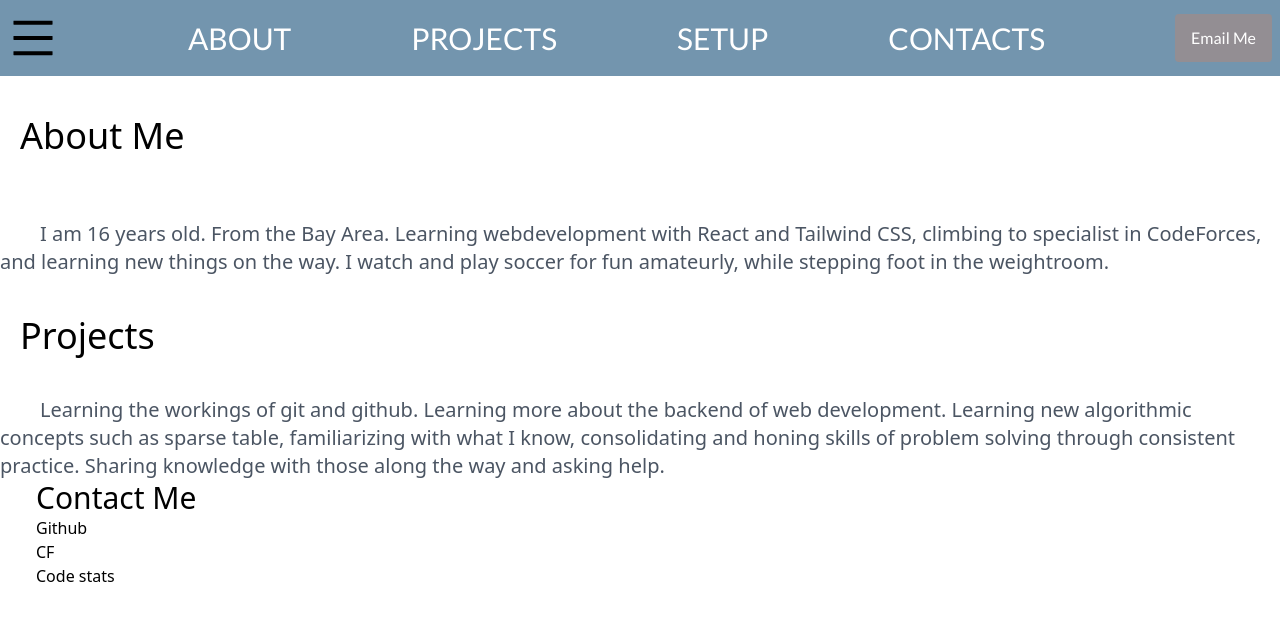
Repository: joshuayanggithub/joshua-yang-website
Page: /
An editor plug-in stored every save of this project. The page is shown before and after the next save, followed by the edit.
The browser window is 1280 px wide. The pictures show the whole page.
The project was rebuilt for these pictures with package versions that can differ from the ones it lists, and the page was loaded fresh each time.

Above is the page before, as saved 2023-01-07 17:40:20.

### public/index.html
<!DOCTYPE html>
<html lang="en">
  <head>
    <meta charset="utf-8" />
    <link rel="icon" href="%PUBLIC_URL%/favicon.ico" />
    <meta name="viewport" content="width=device-width, initial-scale=1" />
    <meta name="theme-color" content="#000000" />
    <meta
      name="description"
      content="Web site created using create-react-app"
    />
    <link rel="apple-touch-icon" href="%PUBLIC_URL%/logo192.png" />
    <!--
      manifest.json provides metadata used when your web app is installed on a
      user's mobile device or desktop. See https://developers.google.com/web/fundamentals/web-app-manifest/
    -->
    <link rel="manifest" href="%PUBLIC_URL%/manifest.json" />
    <!--
      Notice the use of %PUBLIC_URL% in the tags above.
      It will be replaced with the URL of the `public` folder during the build.
      Only files inside the `public` folder can be referenced from the HTML.

      Unlike "/favicon.ico" or "favicon.ico", "%PUBLIC_URL%/favicon.ico" will
      work correctly both with client-side routing and a non-root public URL.
      Learn how to configure a non-root public URL by running `npm run build`.
    -->
    <title>Joshua Yang</title>
  </head>
  <body>
    <noscript>You need to enable JavaScript to run this app.</noscript>
    <div id="root"></div>
    <!--
      This HTML file is a template.
      If you open it directly in the browser, you will see an empty page.

      You can add webfonts, meta tags, or analytics to this file.
      The build step will place the bundled scripts into the <body> tag.

      To begin the development, run `npm start` or `yarn start`.
      To create a production bundle, use `npm run build` or `yarn build`.
    -->
  </body>
</html>

### src/index.css
@import url('https://fonts.googleapis.com/css2?family=Lato:ital,wght@0,100;0,300;0,400;0,700;0,900;1,100;1,400;1,700;1,900&display=swap');

@import url('https://fonts.googleapis.com/css2?family=Prata&display=swap');

@tailwind base;
@tailwind components;
@tailwind utilities;

### src/App.js
import NavBar from "./components/NavBar";
import About from "./components/About";
import Contacts from "./components/Contacts";
import Setup from "./components/Setup";
import Projects from "./components/Projects";

function App() {
  return (
    <>
      <NavBar />
      <About />
      <Projects />
      <Setup />
      <Contacts />
    </>
  );
}

export default App;

### src/components/NavBar.jsx
import React from "react";
import {AiOutlineMenu} from 'react-icons/ai'
import Button from './Button'

const NavBar = () => {
  const links = [
    {'id': 1, 'name': 'About'},
    {'id': 2, 'name': 'Projects'},
    {'id': 3, 'name': 'Setup'},
    {'id': 4, 'name': 'Contacts'}
  ]

  return (
    <div class="flex bg-sasskyblue w-full p-2 justify-between items-center">
      <div>
        <AiOutlineMenu size={50}></AiOutlineMenu>
      </div>

      <ul class="md:flex gap-20 p-3">
        {
          links.map((link) =>
            <li key={link.id}>
              <a href='#About' class="text-3xl text-white px-5 hover:bg-sasnavyblue duration-300 uppercase font-button">{link.name}</a>
            </li>
          )
        }
      </ul>

      <Button> Email Me </Button>

    </div>
  );
};

export default NavBar;

### src/components/About.jsx
import React from 'react'

const About = () => {
  return (
    <div class="flex flex-col">
      <h1 class="text-black text-4xl float-left px-5 my-10">About Me</h1>
      <br></br>
      <p class="indent-10 text-gray-600 text-xl">I am 16 years old. From the Bay Area. Learning webdevelopment with React and Tailwind CSS, climbing to specialist in CodeForces, and learning new things on the way. I watch and play soccer for fun amateurly, while stepping foot in the weightroom. </p>
    </div>
  );
}

export default About

### src/components/Contacts.jsx
import React from 'react'

const Contacts = () => {
  return (
    <div class="flex flex-col mx-5 px-4">
      <h1 class="text-3xl">Contact Me</h1>
      <a href="https://github.com/joshuayanggithub">Github</a>
      <a href="https://codeforces.com/profile/JoshuaYang">CF</a>
      <a href="https://wakatime.com/@joshuayang">Code stats</a>
    </div>
  );
}

export default Contacts

### src/components/Setup.jsx
import React from 'react'

const Setup = () => {
  return (
    <div>

    </div>
  );
}

export default Setup

### src/components/Projects.jsx
import React from 'react'

const Projects = () => {
  return (
    <div class="flex flex-col">
      <h1 class="text-black text-4xl float-left px-5 my-10">Projects</h1>
      <p class="indent-10 text-gray-600 text-xl">
        Learning the workings of git and github. Learning more about the backend of web development. Learning new algorithmic concepts such as sparse table, familiarizing with what I know,  consolidating and honing skills of problem solving through consistent practice. Sharing knowledge with those along the way and asking help.
      </p>
    </div>
  );
}

export default Projects

### src/components/Button.jsx
import React from "react";

const Button = (props) => {
  return (
    <button class="bg-sasgrey text-white font-button py-3  px-4 rounded">
      {props.children}
    </button>
  );
}

export default Button

### tailwind.config.js
/** @type {import('tailwindcss').Config} */
module.exports = {
  content: [
    "./src/components/*.{html,js,jsx}",
    "./src/**/*.{html,js,jsx}",
  ],
  theme: {
    screens: {
      'sm': '640px',
      // => @media (min-width: 640px) { ... }

      'md': '768px',
      // => @media (min-width: 768px) { ... }

      'lg': '1024px',
      // => @media (min-width: 1024px) { ... }

      'xl': '1280px',
      // => @media (min-width: 1280px) { ... }

      '2xl': '1536px',
      // => @media (min-width: 1536px) { ... }
    },
    extend: {
      colors: {
        'sasblack':'#5D5C61',
        'sasgrey': '#938e93',
        'sasskyblue': '#7395AE',
        'sasnavyblue': '#557A95',
        'sasgold':'#B1A296',
      }
    },
    fontFamily: {
      button: ['Lato',],
      body: ['Prata',],
    },
  },
  plugins: [],
}

Loaded but not shown: src/index.js (common file)

After the next save:
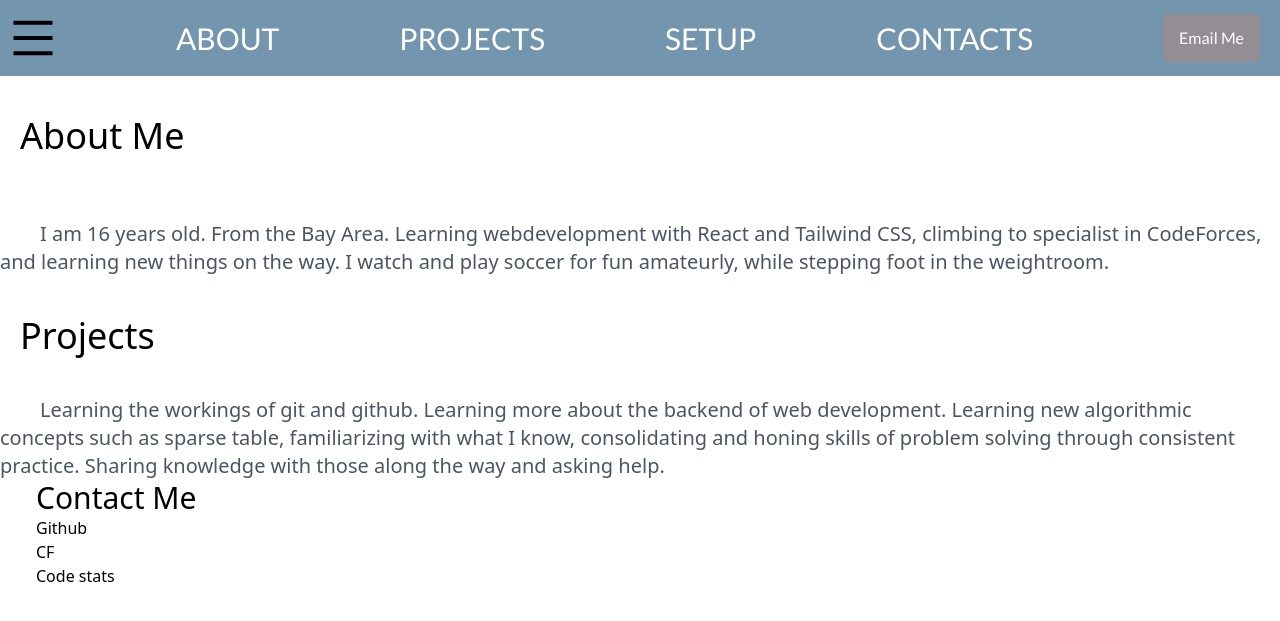
Saved 7 s later.
--- a/src/components/Button.jsx
+++ b/src/components/Button.jsx
@@ -2,7 +2,7 @@ import React from "react";
 
 const Button = (props) => {
   return (
-    <button class="bg-sasgrey text-white font-button py-3  px-4 rounded">
+    <button class="bg-sasgrey text-white font-button py-3  px-4 mx-3 rounded">
       {props.children}
     </button>
   );
